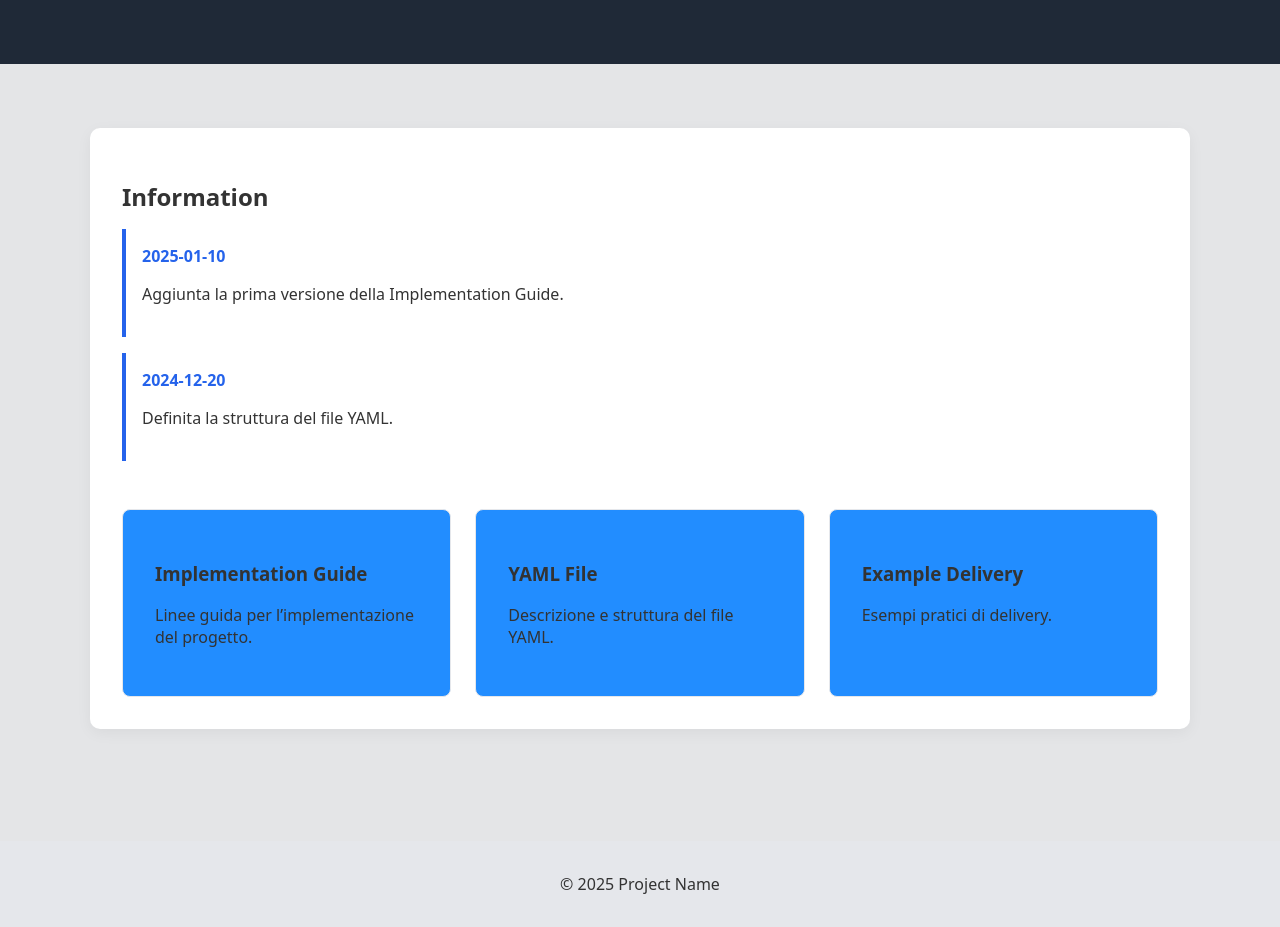
Repository: bfspoku/ech-0252-docs
Page: index.html
These files come from the project's save history. The page is drawn as it stood at one moment and after the next save; the edit follows.
The browser window is 1280 px wide. The pictures show the whole page.

Above is the page before, as saved 2025-12-16 15:32:13.

After the next save:
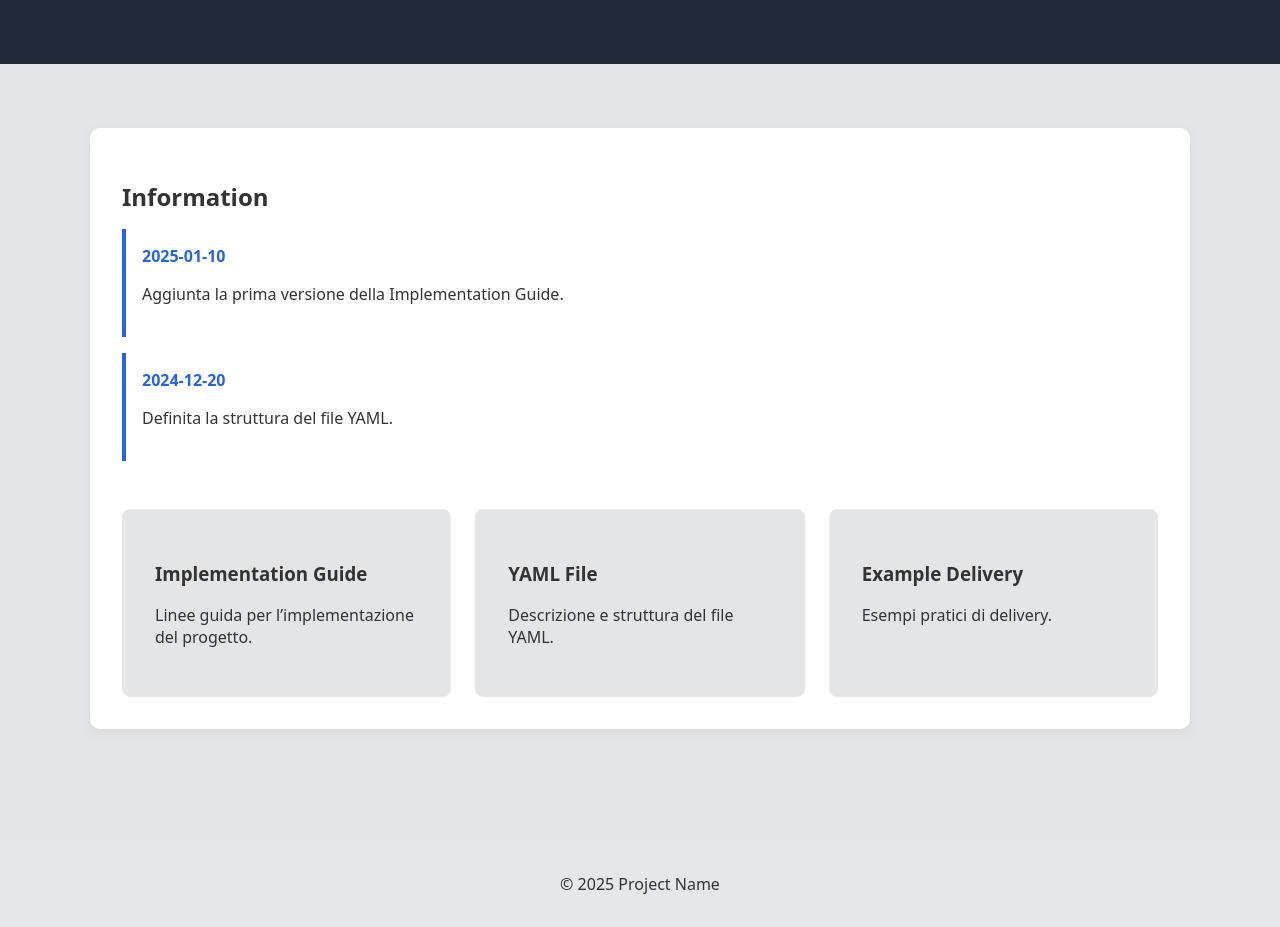
Saved 34 s later.
--- a/css/style.css
+++ b/css/style.css
@@ -63,7 +63,7 @@
   }
 
   .card {
-    background: rgb(34, 141, 255);
+    background: #e4e5e7;
     padding: 2rem;
     text-decoration: none;
     color: inherit;
